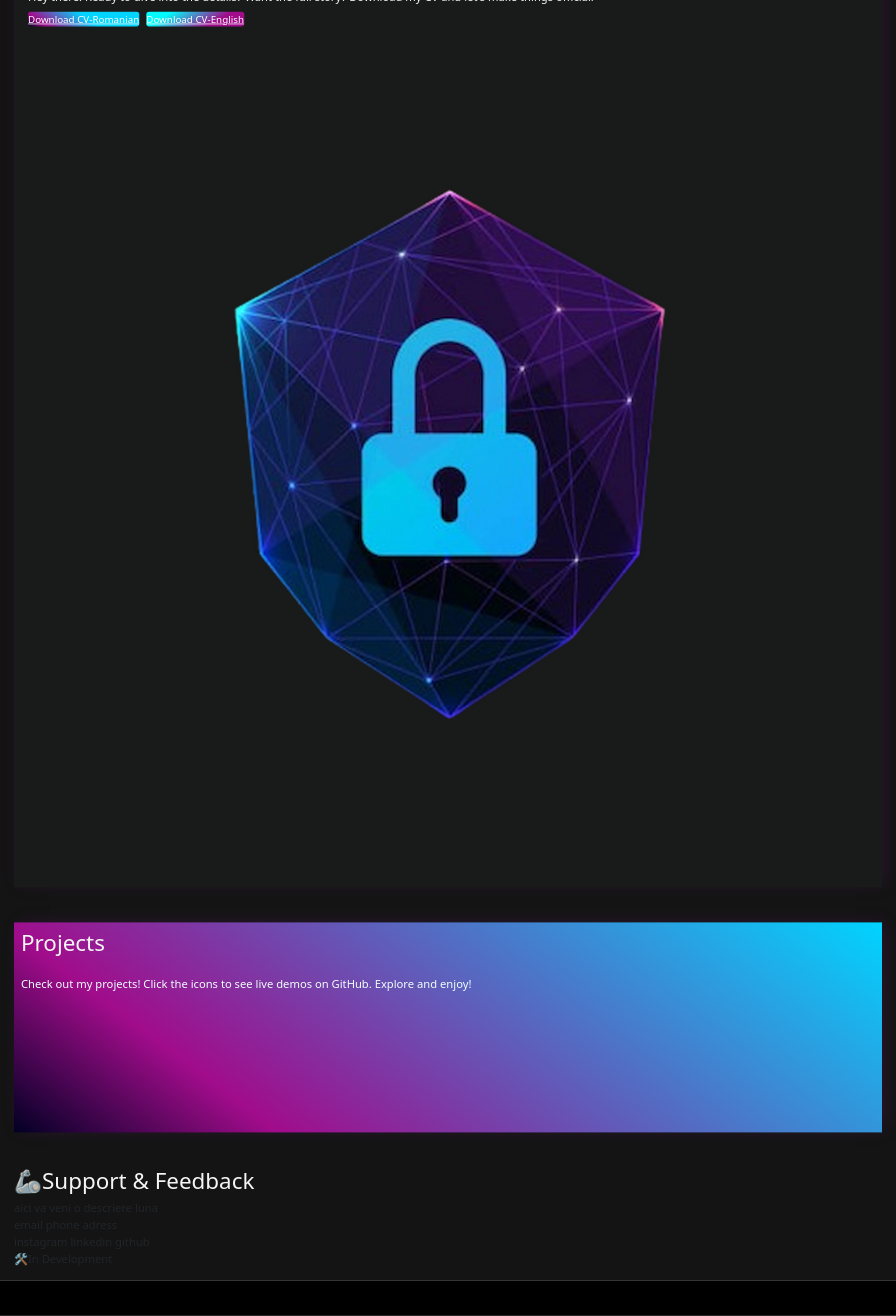
Repository: Sebastiand22/portfolio
Page: index.html
The author's editor kept a copy of each file at every save. The page is drawn from the files as they stood at one save, then again after the next save.
The browser window is 1280 px wide. The pictures show the part of the page from y = 1904 to 3824 px (the page is 3784 px tall before and 3824 px after), at 70% of full size.

Above is the page before, as saved 2024-09-15 17:38:35.

After the next save:
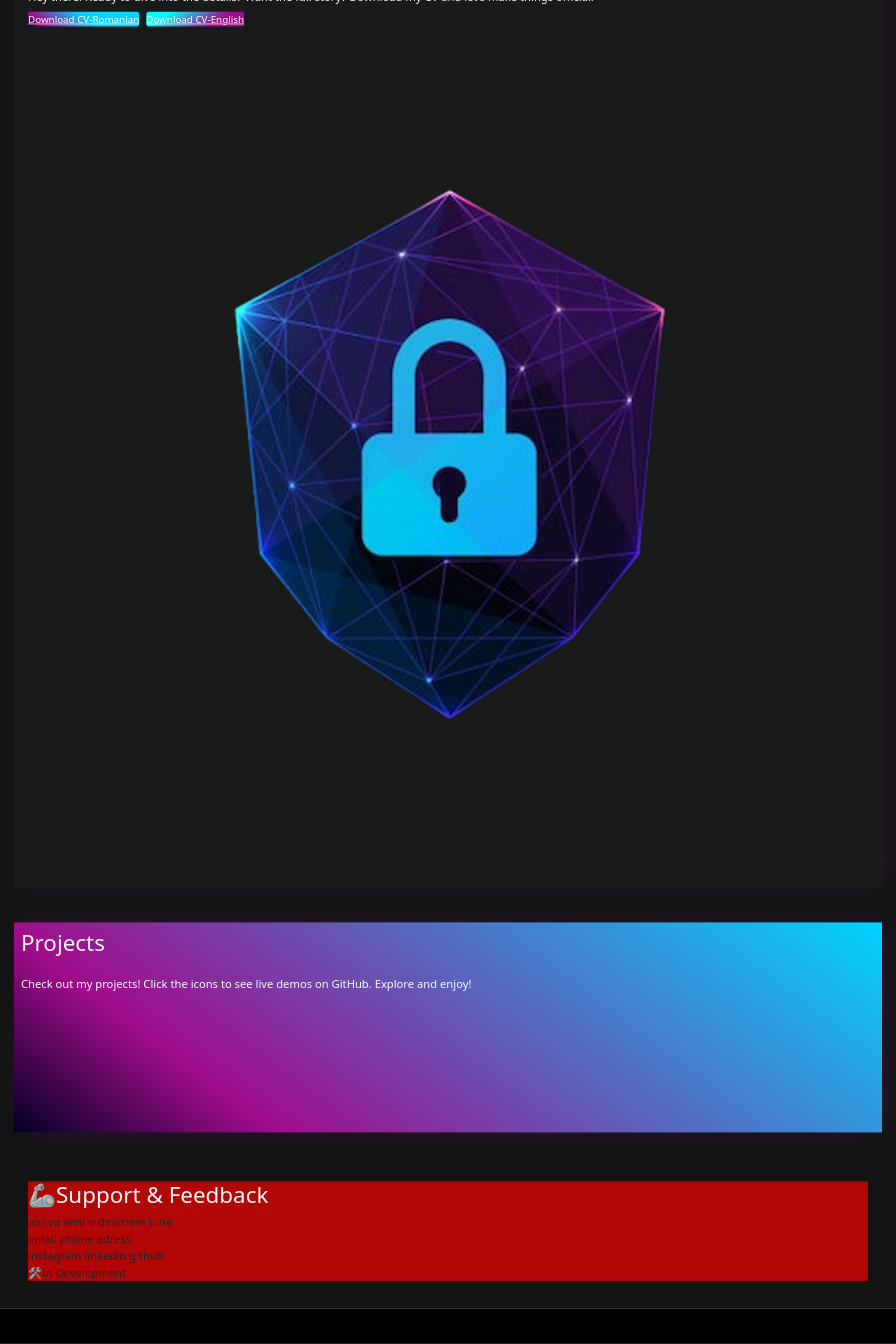
Saved 10 s later.
--- a/index.css
+++ b/index.css
@@ -341,12 +341,23 @@ h2 {
 
 /* CONTACT SECTION */
 
-
-
-
-
-.black-footer {
-  background-color: black;
-  width: 100%;
-  height: 50px;
-}
+.footer-container {
+  display: flex;
+  justify-content: flex-start;
+  background-color: rgb(201, 1, 1)
+  height: auto;
+  overflow: hidden;
+  padding: 20px;
+  flex-direction: column;
+}
+
+.footer-section {
+  display: flex;
+  flex-direction: column;
+  gap: 20px;
+  overflow: hidden;
+  background-color:rgb(178, 7, 7)
+}
+.black-footer{background-color: black;
+width: 100%;
+height:50px;}
